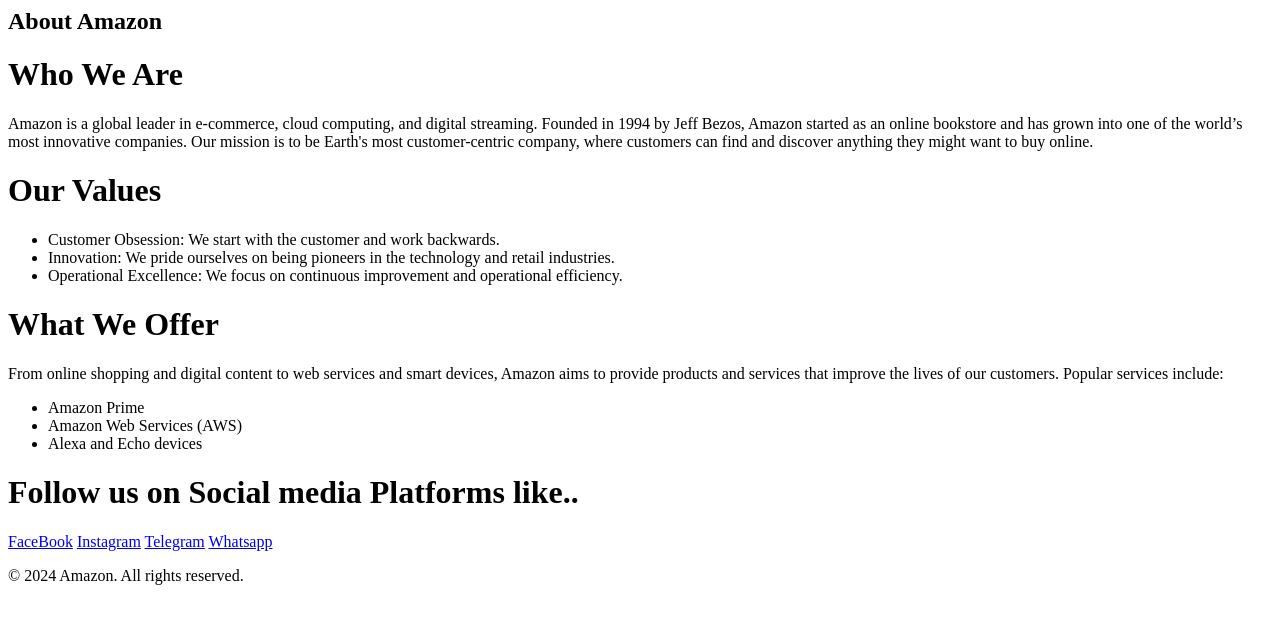
Repository: Lathadasari3010/SoftwareExamples
Page: SpringBoot/src/main/resources/static/About-us.html
The author's editor kept a copy of each file at every save. The page is drawn from the files as they stood at one save, then again after the next save.
The browser window is 1280 px wide. The pictures show the whole page.

Above is the page before, as saved 2024-12-19 10:25:47.

After the next save:
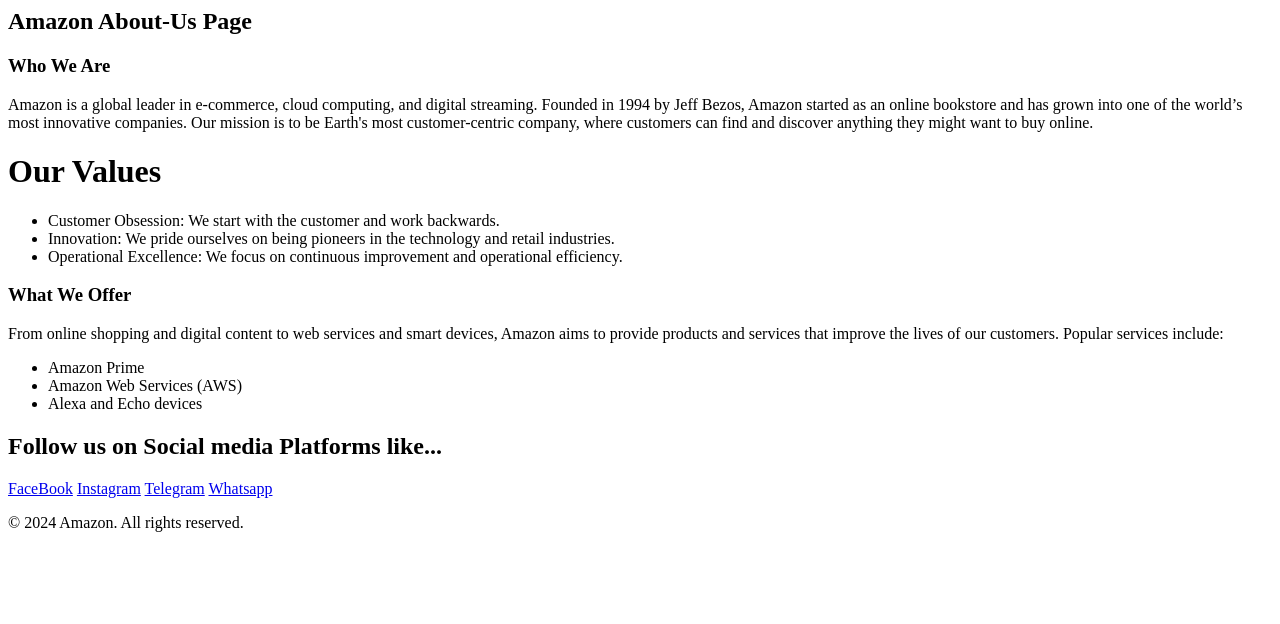
Saved 63 s later.
--- a/SpringBoot/src/main/resources/static/About-us.html
+++ b/SpringBoot/src/main/resources/static/About-us.html
@@ -4,10 +4,10 @@
 	</head>
 	<body>
 	    <div>
-	        <h2 style="display: center;">About Amazon</h2>
+	        <h2 style=> Amazon About-Us Page</h2>
 	    </div>
 	    <div>
-	        <h1>Who We Are</h1>
+	        <h3>Who We Are</h3>
 	        <p>Amazon is a global leader in e-commerce, cloud computing, and digital streaming. Founded in 1994 by Jeff Bezos, Amazon started as an online bookstore and has grown into one of the world’s most innovative companies. Our mission is to be Earth's most customer-centric company, where customers can find and discover anything they might want to buy online.</p>
 
 	        <h1>Our Values</h1>
@@ -17,7 +17,7 @@
 	            <li>Operational Excellence: We focus on continuous improvement and operational efficiency.</li>
 	        </ul>
 
-	        <h1>What We Offer</h1>
+	        <h3>What We Offer</h3>
 	        <p>From online shopping and digital content to web services and smart devices, Amazon aims to provide products and services that improve the lives of our customers. Popular services include:</p>
 	        <ul>
 	            <li>Amazon Prime</li>
@@ -26,7 +26,7 @@
 	        </ul>
 	    </div>
 		<div>
-			<h1>Follow us on Social media Platforms like..</h1>
+			<h2>Follow us on Social media Platforms like...</h2>
 			<a href="https://www.facebook.com/">FaceBook</a>
 			<a href="https://www.instagram.com/">Instagram</a>
 			<a href="https://web.telegram.org/k/">Telegram</a>
